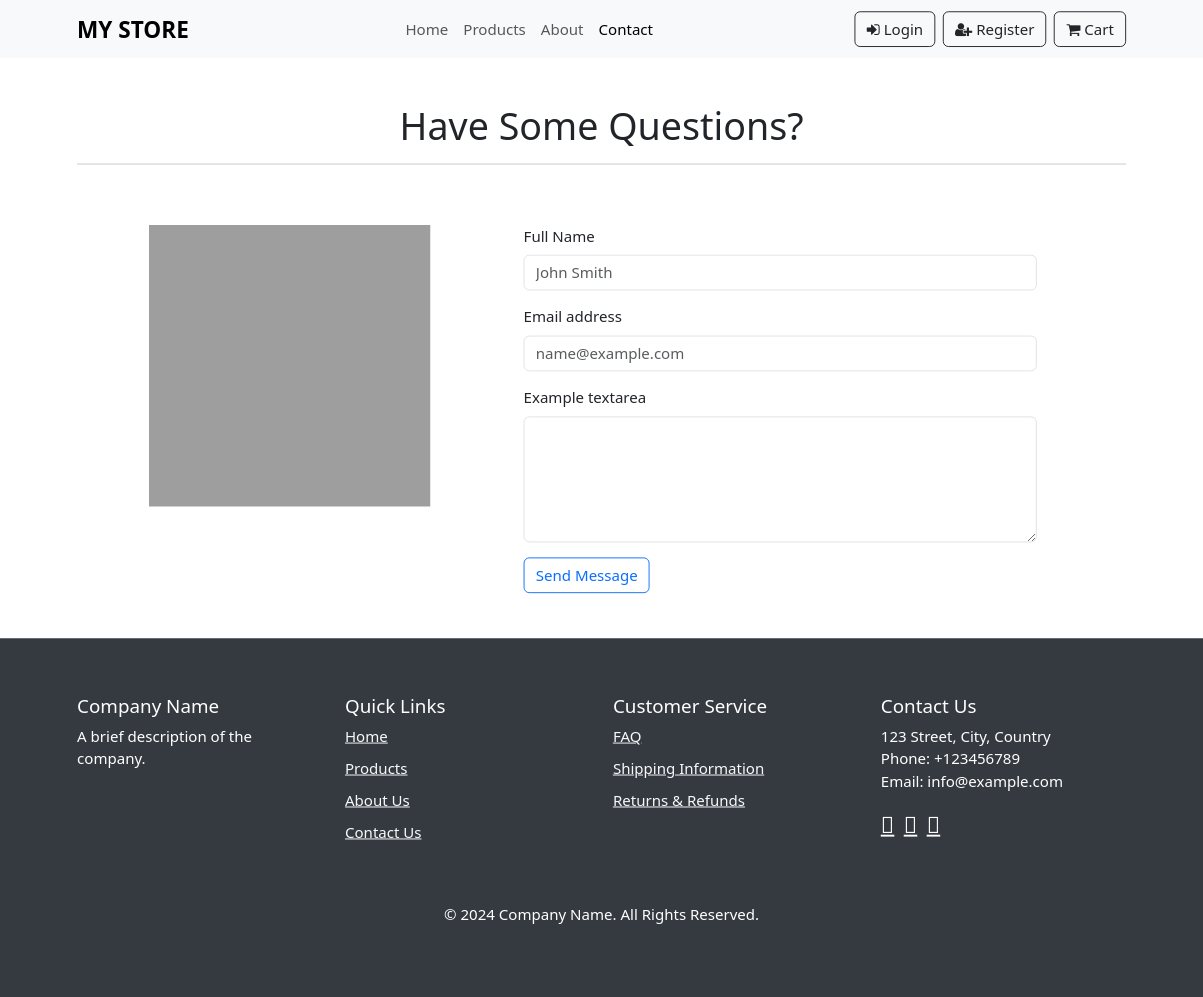
Repository: asad3407886839/E-commerce-Store
Page: /contact (app in vite-project/)
An editor plug-in stored every save of this project. The page is shown before and after the next save, followed by the edit.
The browser window is 1280 px wide. The pictures show the whole page, at 94% of full size.
Pictures or frames that could not be fetched are drawn as grey boxes. The project was rebuilt for these pictures with package versions that can differ from the ones it lists, and the page was loaded fresh each time. Also part of the build but not shown: vite-project/vite.config.js, vite-project/src/components/Products.jsx, vite-project/src/components/Home.jsx, vite-project/src/components/Product.jsx, vite-project/src/index.css.

Above is the page before, as saved 2024-06-30 01:07:15.

After the next save:
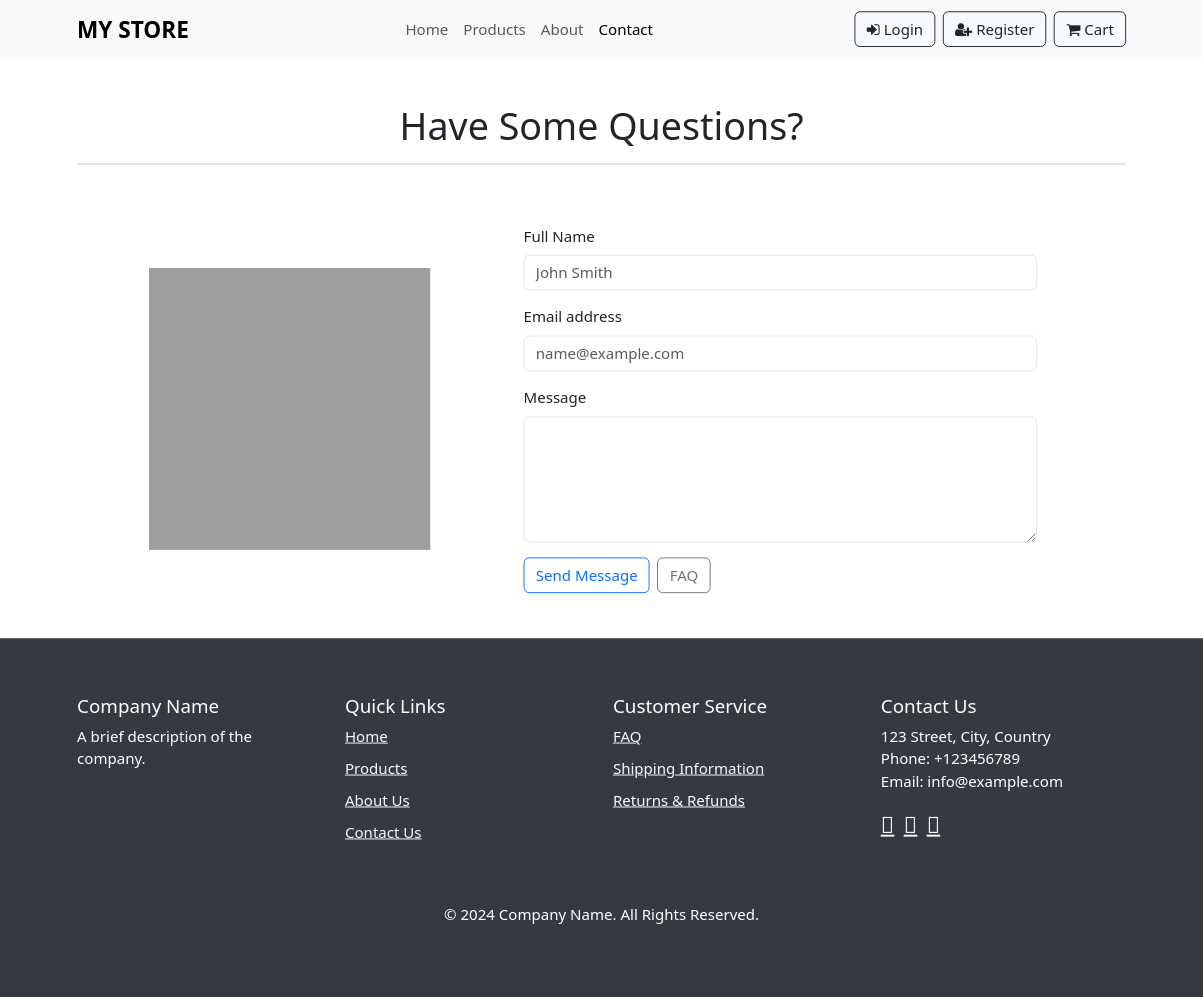
Saved 91 s later.
--- a/vite-project/src/components/Contact.jsx
+++ b/vite-project/src/components/Contact.jsx
@@ -1,4 +1,5 @@
 import React from 'react';
+import { Link } from 'react-router-dom';
 
 const Contact = () => {
   return (
@@ -10,7 +11,7 @@ const Contact = () => {
         </div>
       </div>
       <div className="row">
-        <div className="col-md-5 d-flex justify-content-center">
+        <div className="col-md-5 d-flex justify-content-center align-items-center">
           <img src="/assets/images/contact.png" alt="Contact Us" height="300px" width="300px" />
         </div>
         <div className="col-md-6">
@@ -24,10 +25,11 @@ const Contact = () => {
               <input type="email" className="form-control" id="exampleFormControlInput1" placeholder="name@example.com" />
             </div>
             <div className="mb-3">
-              <label htmlFor="exampleFormControlTextarea1" className="form-label">Example textarea</label>
+              <label htmlFor="exampleFormControlTextarea1" className="form-label">Message</label>
               <textarea className="form-control" id="exampleFormControlTextarea1" rows="5"></textarea>
             </div>
-            <button type="submit" className="btn btn-outline-primary">Send Message</button>
+            <button type="submit" className="btn btn-outline-primary me-2">Send Message</button>
+            <Link to="/faq" className="btn btn-outline-secondary">FAQ</Link>
           </form>
         </div>
       </div>
